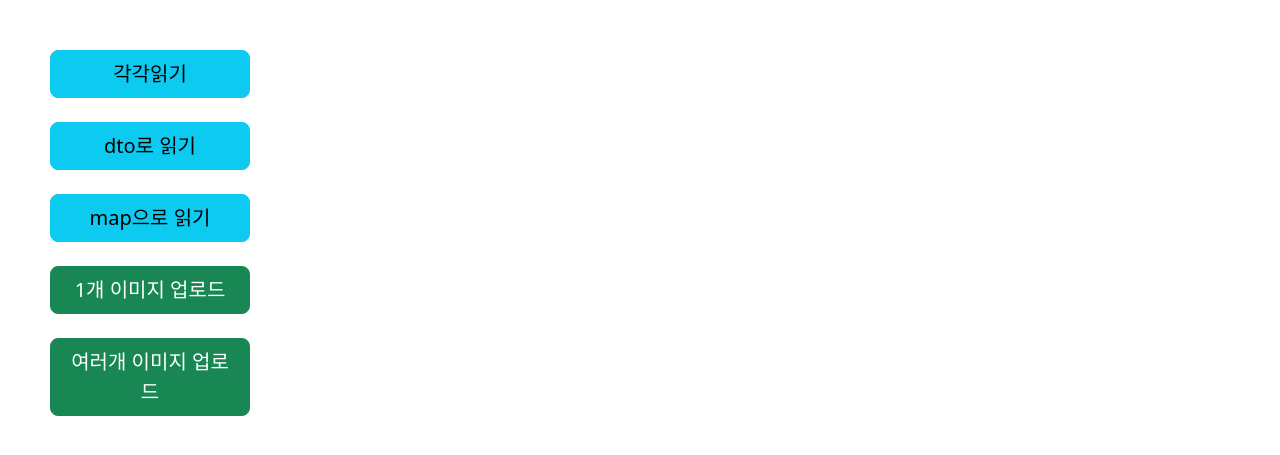
Repository: UZCHA/Sist0103Project
Page: http://localhost/SpringMvcFileUploadEx6/
The author's editor kept a copy of each file at every save. The page is drawn from the files as they stood at one save, then again after the next save.
The browser window is 1280 px wide. The pictures show the whole page.
Some web fonts or font styles are not loaded; a fallback is used. The page is served by Tomcat 9. Other server files are loaded and not shown.

Above is the page before, as saved 2024-05-07 03:30:12.

### sts3work/SpringMvcFileUploadEx6/src/main/webapp/WEB-INF/day0507/menu.jsp
<%@ page language="java" contentType="text/html; charset=utf-8"
    pageEncoding="utf-8"%>
<%@ taglib prefix="c" uri="http://java.sun.com/jsp/jstl/core" %>
<%@ taglib prefix="fmt" uri="http://java.sun.com/jsp/jstl/fmt" %>
<!DOCTYPE html>
<html>
<head>
<meta charset="UTF-8">
<link href="https://cdn.jsdelivr.net/npm/bootstrap@5.3.2/dist/css/bootstrap.min.css" rel="stylesheet">
<link href="https://fonts.googleapis.com/css2?family=Dongle&family=Gaegu&family=Nanum+Pen+Script&family=Noto+Sans+KR:wght@100..900&family=Noto+Serif+KR&display=swap" rel="stylesheet">
<script src="https://code.jquery.com/jquery-3.7.0.js"></script>
<title>Insert title here</title>
</head>
<body>
<div style="margin: 50px 50px;">
	<button class="btn btn-info btn-lg" style="width: 200px;"
	onclick="location.href='shop/form1'">각각읽기</button>
	<br><br>
	<button class="btn btn-info btn-lg" style="width: 200px;"
	onclick="location.href='shop/form2'">dto로 읽기</button>
	<br><br>
	<button class="btn btn-info btn-lg" style="width: 200px;"
	onclick="location.href='shop/form3'">map으로 읽기</button>
	<br><br>
	<button class="btn btn-success btn-lg" style="width: 200px;"
	onclick="location.href='board/uploadform1'">1개 이미지 업로드</button>
	<br><br>
	<button class="btn btn-success btn-lg" style="width: 200px;"
	onclick="location.href='board/uploadform2'">여러개 이미지 업로드</button>
	<br><br>
</div>
</body>
</html>

After the next save:
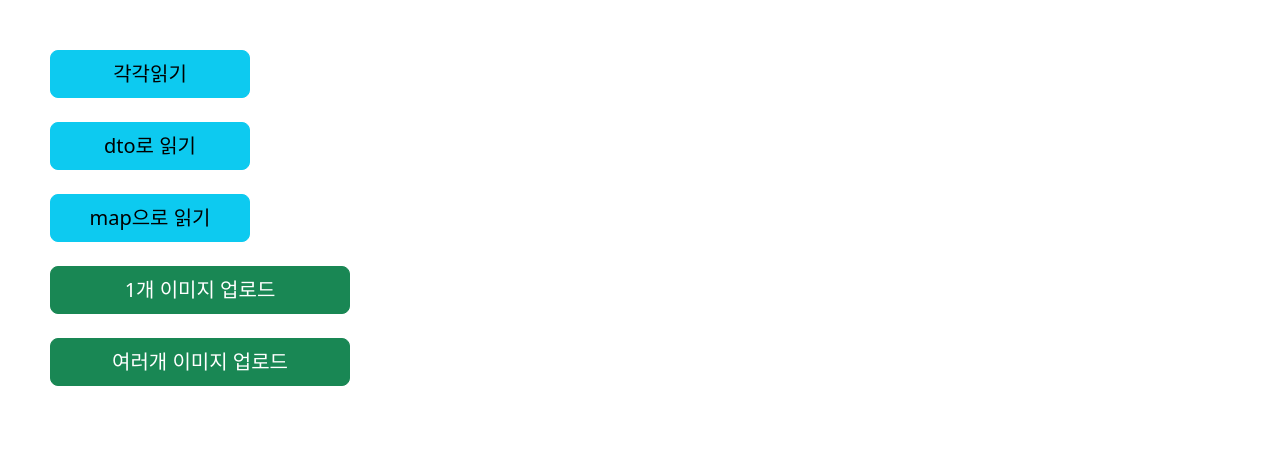
Saved 29 s later.
--- a/sts3work/SpringMvcFileUploadEx6/src/main/webapp/WEB-INF/day0507/menu.jsp
+++ b/sts3work/SpringMvcFileUploadEx6/src/main/webapp/WEB-INF/day0507/menu.jsp
@@ -22,10 +22,10 @@
 	<button class="btn btn-info btn-lg" style="width: 200px;"
 	onclick="location.href='shop/form3'">map으로 읽기</button>
 	<br><br>
-	<button class="btn btn-success btn-lg" style="width: 200px;"
+	<button class="btn btn-success btn-lg" style="width: 300px;"
 	onclick="location.href='board/uploadform1'">1개 이미지 업로드</button>
 	<br><br>
-	<button class="btn btn-success btn-lg" style="width: 200px;"
+	<button class="btn btn-success btn-lg" style="width: 300px;"
 	onclick="location.href='board/uploadform2'">여러개 이미지 업로드</button>
 	<br><br>
 </div>
